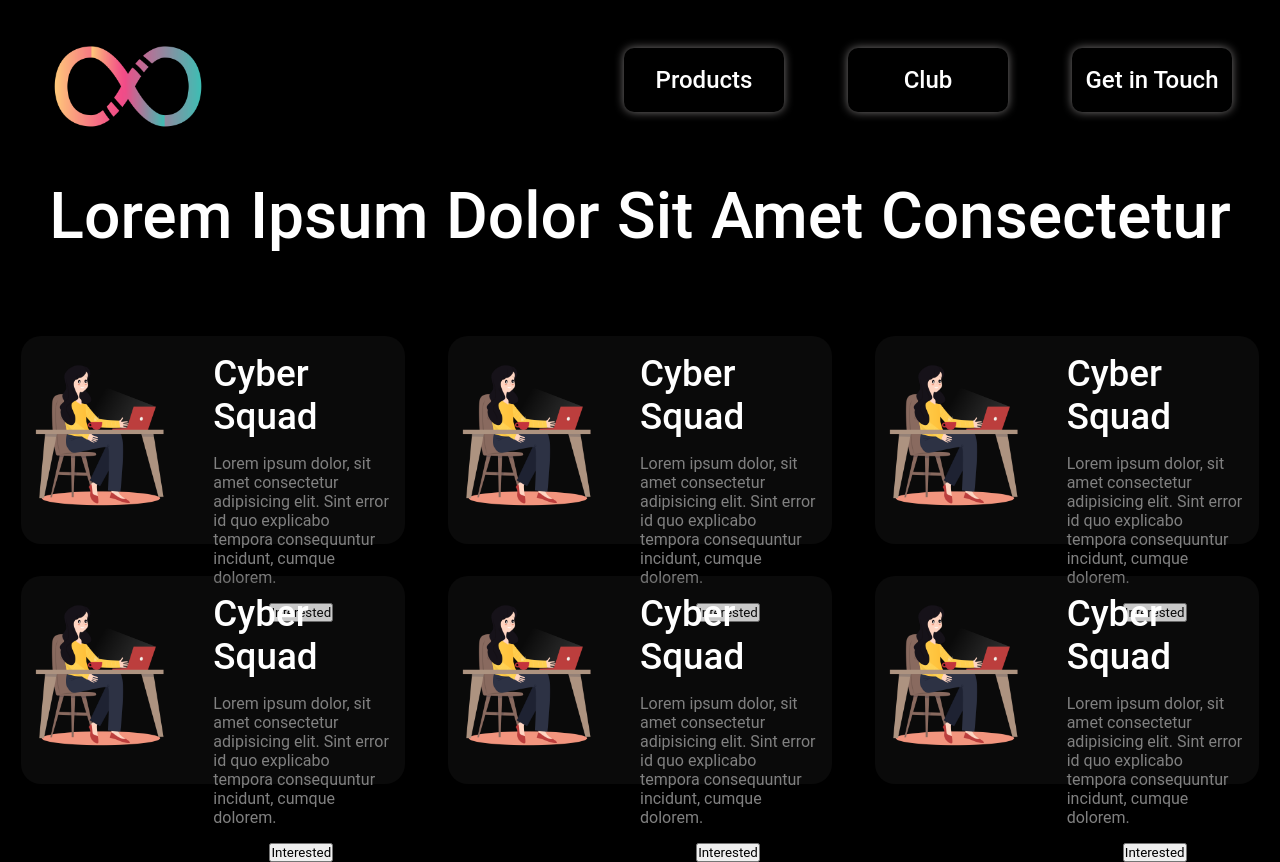
Repository: kapil4457/vizion-internship-project
Page: /
The author's editor kept a copy of each file at every save. The page is drawn from the files as they stood at one save, then again after the next save.
The browser window is 1280 px wide. The pictures show the whole page.
The project was rebuilt for these pictures with package versions that can differ from the ones it lists, and the page was loaded fresh each time. Also part of the build but not shown: src/index.css.

Above is the page before, as saved 2022-10-29 10:13:32.

### public/index.html
<!DOCTYPE html>
<html lang="en">
  <head>
    <meta charset="utf-8" />
    <link rel="icon" href="%PUBLIC_URL%/favicon.ico" />
    <meta name="viewport" content="width=device-width, initial-scale=1" />
    <meta name="theme-color" content="#000000" />
    <meta
      name="description"
      content="Web site created using create-react-app"
    />
    <link rel="preconnect" href="https://fonts.googleapis.com">
    <link rel="apple-touch-icon" href="%PUBLIC_URL%/logo192.png" />
    <!--
      manifest.json provides metadata used when your web app is installed on a
      user's mobile device or desktop. See https://developers.google.com/web/fundamentals/web-app-manifest/
    -->
    <link rel="manifest" href="%PUBLIC_URL%/manifest.json" />
    <!--
      Notice the use of %PUBLIC_URL% in the tags above.
      It will be replaced with the URL of the `public` folder during the build.
      Only files inside the `public` folder can be referenced from the HTML.

      Unlike "/favicon.ico" or "favicon.ico", "%PUBLIC_URL%/favicon.ico" will
      work correctly both with client-side routing and a non-root public URL.
      Learn how to configure a non-root public URL by running `npm run build`.
    -->
    <title>React App</title>
  </head>
  <body>
    <noscript>You need to enable JavaScript to run this app.</noscript>
    <div id="root"></div>
    <!--
      This HTML file is a template.
      If you open it directly in the browser, you will see an empty page.

      You can add webfonts, meta tags, or analytics to this file.
      The build step will place the bundled scripts into the <body> tag.

      To begin the development, run `npm start` or `yarn start`.
      To create a production bundle, use `npm run build` or `yarn build`.
    -->
  </body>
</html>

### src/index.js
import React from 'react';
import ReactDOM from 'react-dom/client';
import './index.css';
import App from './App';
import reportWebVitals from './reportWebVitals';
import { BrowserRouter } from 'react-router-dom';
const root = ReactDOM.createRoot(document.getElementById('root'));
root.render(
  <BrowserRouter >
  <React.StrictMode>
    <App />
  </React.StrictMode>
  </BrowserRouter>
);

// If you want to start measuring performance in your app, pass a function
// to log results (for example: reportWebVitals(console.log))
// or send to an analytics endpoint. Learn more: https://bit.ly/CRA-vitals
reportWebVitals();

### src/App.js
import { Route, Routes } from 'react-router-dom';
import './App.css';
import Header from './components/Header/Header';
import Home from './components/Home/Home';

function App() {
  return (
   <>
<Header />
   <Routes>
<Route exact path='/' element={<Home />} />


   </Routes>



   </>
  );
}

export default App;

### src/App.css
*{
margin:0;
padding:0;
box-sizing: border-box;
font-family: 'Roboto', sans-serif;}

body{
  background-color: black;
  color : white;

}
a{
  text-decoration: none;;
  color:white;
}

.active{
  color:red;
}

### src/components/Header/Header.jsx
import React from "react";
import { NavLink } from "react-router-dom";
import Logo from "./logo.png";
import "./Header.css";
const Header = () => {
  return (
    <div className="main-header">
      <NavLink to="/" className="left-header">
        <img src={Logo} alt="" />
      </NavLink>
      <div className="right-header">
        <NavLink to="/products">Products</NavLink>
        <NavLink to="/club">Club</NavLink>
        <NavLink to="/contact">Get in Touch</NavLink>
      </div>
    </div>
  );
};

export default Header;

### src/components/Home/Home.jsx
import React from "react";
import { data } from "../../item";
import "./Home.css";
import HomeCard from "./HomeCard";
const Home = () => {
  return (
    <div className="main-home">
      <h2 className="heading">Lorem ipsum dolor sit amet consectetur</h2>

      <div className="home-card-container">
        {data.map((item, key) => (
          <HomeCard item={item} key={key} />
        ))}
      </div>
    </div>
  );
};

export default Home;

### src/components/Header/Header.css
.main-header{
    height:10rem;
    /* border:1px solid white */
    display:flex;
    justify-content: space-between;
    align-items: center;
    padding:0rem 3rem
}

.main-header > .left-header >img{
    height:10rem;

}

.main-header > .right-header
{
    display:flex;
    gap:4rem;
    font-size:1.5rem;
    font-weight:550
}

.main-header > .right-header>a{
    height:4rem;
    width:10rem;
    display:flex;
    justify-content: center;
   align-items: center;
   border-radius:10px;
   box-shadow: 0px 0px 10px rgba(243, 238, 238,0.5);
   transition: all 0.2s;
}
.main-header > .right-header>a:hover{

    box-shadow: 0px 0px 20px rgba(243, 238, 238,0.5);
    transform: scale(1.01);
   }

### src/item.js
export const data = [
    {
        title : "Cyber Squad",
        description : "Lorem ipsum dolor, sit amet consectetur adipisicing elit. Sint error id quo explicabo tempora consequuntur incidunt, cumque dolorem.        "
    },
    {
        title : "Cyber Squad",
        description : "Lorem ipsum dolor, sit amet consectetur adipisicing elit. Sint error id quo explicabo tempora consequuntur incidunt, cumque dolorem.        "
    },
    {
        title : "Cyber Squad",
        description : "Lorem ipsum dolor, sit amet consectetur adipisicing elit. Sint error id quo explicabo tempora consequuntur incidunt, cumque dolorem.        "
    },
    {
        title : "Cyber Squad",
        description : "Lorem ipsum dolor, sit amet consectetur adipisicing elit. Sint error id quo explicabo tempora consequuntur incidunt, cumque dolorem.        "
    },
    {
        title : "Cyber Squad",
        description : "Lorem ipsum dolor, sit amet consectetur adipisicing elit. Sint error id quo explicabo tempora consequuntur incidunt, cumque dolorem.        "
    },
    {
        title : "Cyber Squad",
        description : "Lorem ipsum dolor, sit amet consectetur adipisicing elit. Sint error id quo explicabo tempora consequuntur incidunt, cumque dolorem.        "
    }
]

### src/components/Home/Home.css
.main-home{
    color:white;
    width:100%;
    display: flex;
    flex-direction: column;
    gap:4rem

}

.main-home > h2{
    width:100%;
    height:7rem;
    display: flex;
    justify-content: center;
    align-items:center;
    font-size:4rem;
    word-spacing: 0.1rem;
    font-weight:450;
    text-transform: capitalize;

}


.main-home > .home-card-container{
    display:grid;
    grid-template-columns: 1fr 1fr 1fr;
    row-gap: 2rem;
    place-items: center;


}

### src/components/Home/HomeCard.jsx
import React from "react";
import "./HomeCard.css";
import Image from "./cardImage.png";
const HomeCard = ({ item }) => {
  return (
    <div className="home-card">
      <img src={Image} alt="" />
      <div className="card-info">
        <h2>{item.title}</h2>
        <p>{item.description}</p>
        <button>Interested</button>
      </div>
    </div>
  );
};

export default HomeCard;

### src/components/Home/HomeCard.css
.home-card{
    width:90%;
    height:13rem;
    display:flex;
    gap:1rem;
    padding-top:1rem;
    background-color: rgba(51, 50, 50, 0.2);
    border-radius: 20px;
}
.home-card>img{
    height:10rem;

}
.home-card > .card-info{
    display:flex;
    flex-direction: column;
    gap:1rem;
    padding:0 1rem;
    align-items: center;

}
.home-card > .card-info > h2{
    font-size: 2.3rem;
    font-weight: 450;
}
.home-card > .card-info > p{
    color:gray
}

Loaded but not shown: src/reportWebVitals.js (common file)

After the next save:
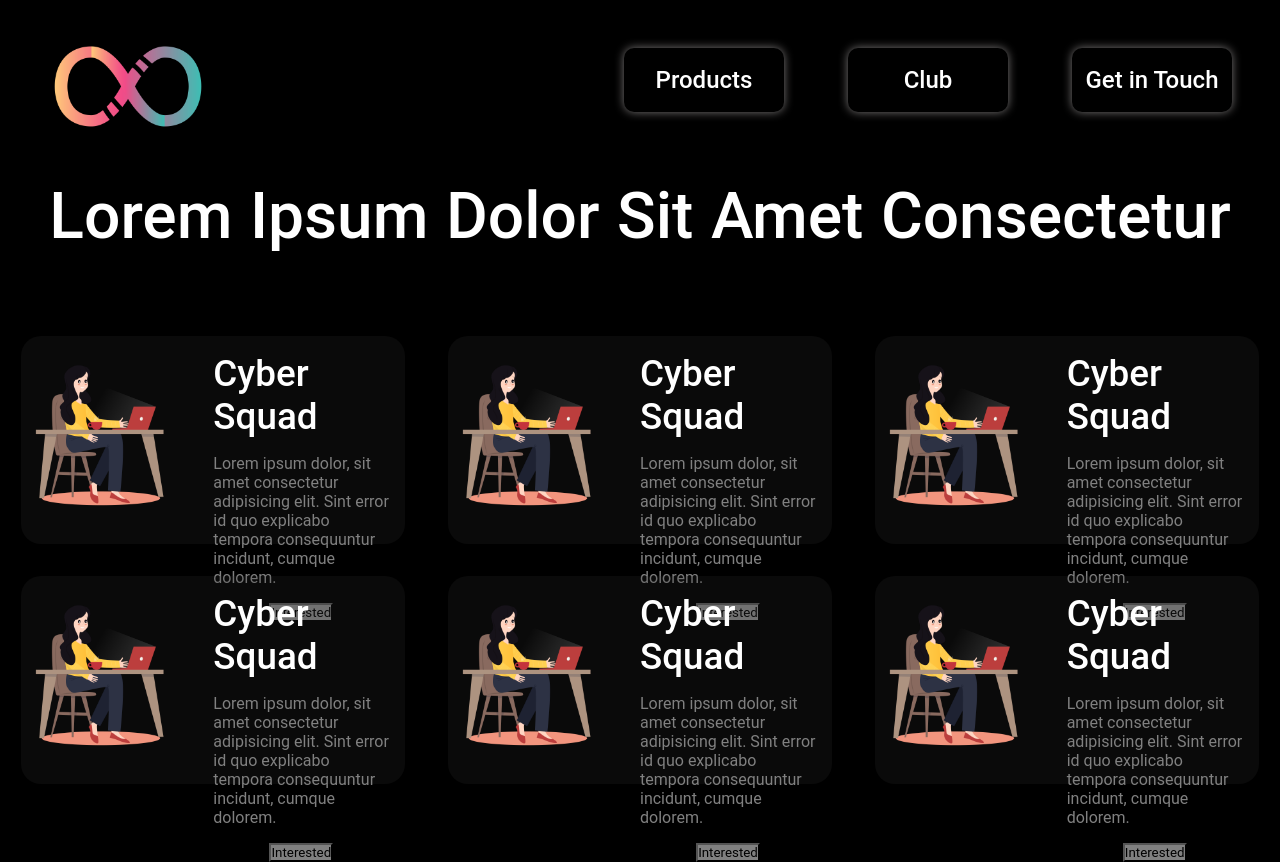
Saved 52 s later.
--- a/src/components/Home/HomeCard.css
+++ b/src/components/Home/HomeCard.css
@@ -26,3 +26,6 @@
 .home-card > .card-info > p{
     color:gray
 }
+.home-card > .card-info > button{
+    background-color: gray;
+}
